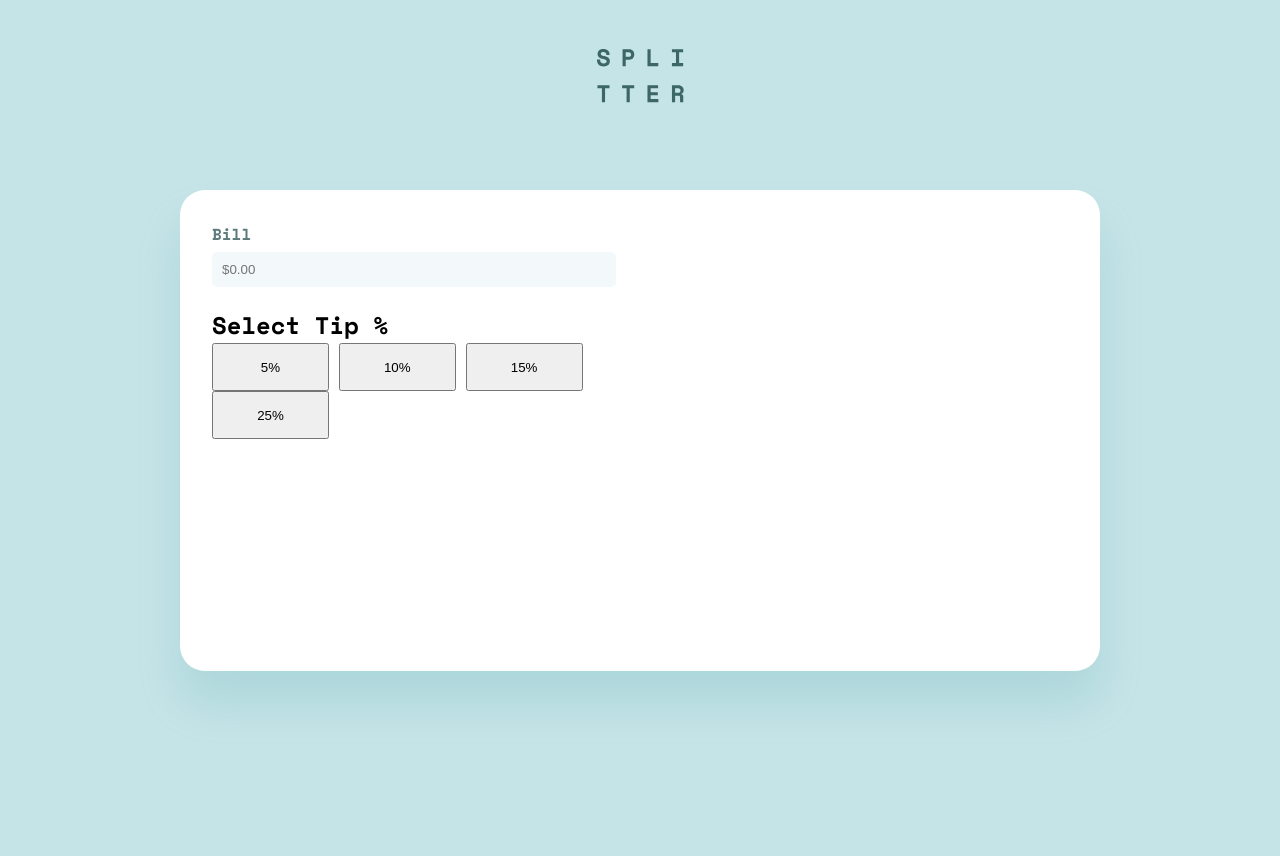
Repository: brandontaylor1/splitter
Page: index.html
These files come from the project's save history. The page is drawn as it stood at one moment and after a run of saves; the edit follows.
The browser window is 1280 px wide. The pictures show the whole page.

Above is the page before, as saved 2025-02-05 21:38:18.

### index.html
<!DOCTYPE html>
<html lang="en">
<head>
    <meta charset="UTF-8">
    <meta name="viewport" content="width=device-width, initial-scale=1.0">
    <link rel="preconnect" href="https://fonts.googleapis.com">
    <link rel="preconnect" href="https://fonts.gstatic.com" crossorigin>
    <link href="https://fonts.googleapis.com/css2?family=Space+Mono:ital,wght@0,400;0,700;1,400;1,700&display=swap" rel="stylesheet">
    <link rel="stylesheet" href="styles.css">
    <title>Splitter | Tip Calculator</title>
</head>
<body>
    <img src="./assets/images/logo.svg" id="logo-image" alt="logo image">
    <main class="container">
        <div class="left-column">
            <div class="bill-input">
                <h2>Bill</h2>

                <input type="text" id="bill-input" placeholder="$0.00">
            </div>
            <div class="tip-input">
                <h2>Select Tip %</h2>
                <div class="tip-buttons">
                    <button class="tip-button">5%</button>
                    <button class="tip-button">10%</button>
                    <button class="tip-button">15%</button>
                    <button class="tip-button">25%</button>

            </div>
        </div>
        <div class="right-column">

        </div>
    </main>
</body>
</html>

### styles.css
* {
    box-sizing: border-box;
    margin: 0;
    padding: 0;
}

:root {
    --background-color: #C5E4E7;
    --input-text-color: #00474B;
    --primary-white: #fff;
    --calculated-numbers-color: #26C2AE;
    --input-title-color: #5E7A7D;
    --input-background-color: #F3F9FA;
    --input-icon-color: #9EBBBD;
    --title-text-color: #3D6666;
    --custom-input-color: #547878;
}

/* UTILITY CLASSES */
.space-mono-regular {
    font-family: "Space Mono", serif;
    font-weight: 400;
    font-style: normal;
  }

  .space-mono-bold {
    font-family: "Space Mono", serif;
    font-weight: 700;
    font-style: normal;
  }

  .space-mono-regular-italic {
    font-family: "Space Mono", serif;
    font-weight: 400;
    font-style: italic;
  }

  .space-mono-bold-italic {
    font-family: "Space Mono", serif;
    font-weight: 700;
    font-style: italic;
  }


body {
    background-color: #C5E4E7;
    height: 100vh;
    width: 100%;
    display: flex;
    flex-direction: column;
    justify-content: center;
    align-items: center;
    font-family: "Space Mono", monospace;
}

#logo-image {
    margin-bottom: 87px;
}

.container {
    background-color: var(--primary-white);
    width: 920px;
    height: 481px;
    border-radius: 25px;
    box-shadow: 0px 32px 43px 0px rgba(79, 166, 175, 0.20);
    display: grid;
    gap: 48px;
    grid-template-columns: 1fr 1fr;
    grid-template-rows: 1fr;
    padding: 32px;
}

.left-column {
    width: 100%;
    height: 100%;
}

.right-column {
    width: 100%;
    height: 100%;
}

input {
    width: 100%;
    padding: 10px;
    display: flex;
    flex-direction: row;
    justify-content: space-between;
    background-color: var(--input-background-color);
    border: none;
    border-radius: 5px;
    margin-bottom: 20px;
}


.bill-input h2 {
    font-size: 16px;
    color: var(--input-title-color);
    margin-bottom: 6px;
}

.tip-button {
    width: 117px;
    height: 48px;
    flex-shrink: 0;
}

After the next 2 saves:
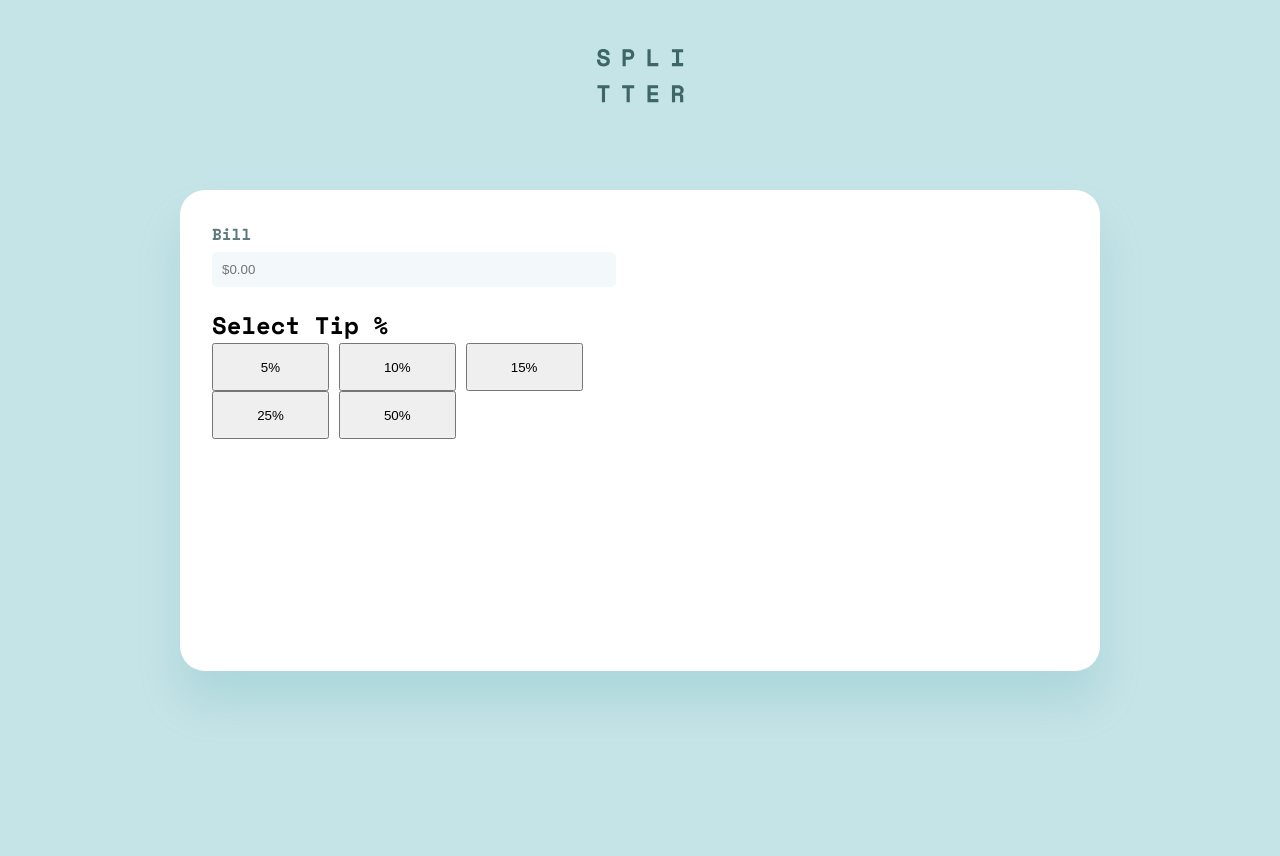
The 2 saves are shown as one change because they came seconds apart.
The last was saved 10 s later.
--- a/index.html
+++ b/index.html
@@ -25,7 +25,7 @@
                     <button class="tip-button">10%</button>
                     <button class="tip-button">15%</button>
                     <button class="tip-button">25%</button>
-
+                    <button class="tip-button">50%</button>
             </div>
         </div>
         <div class="right-column">
